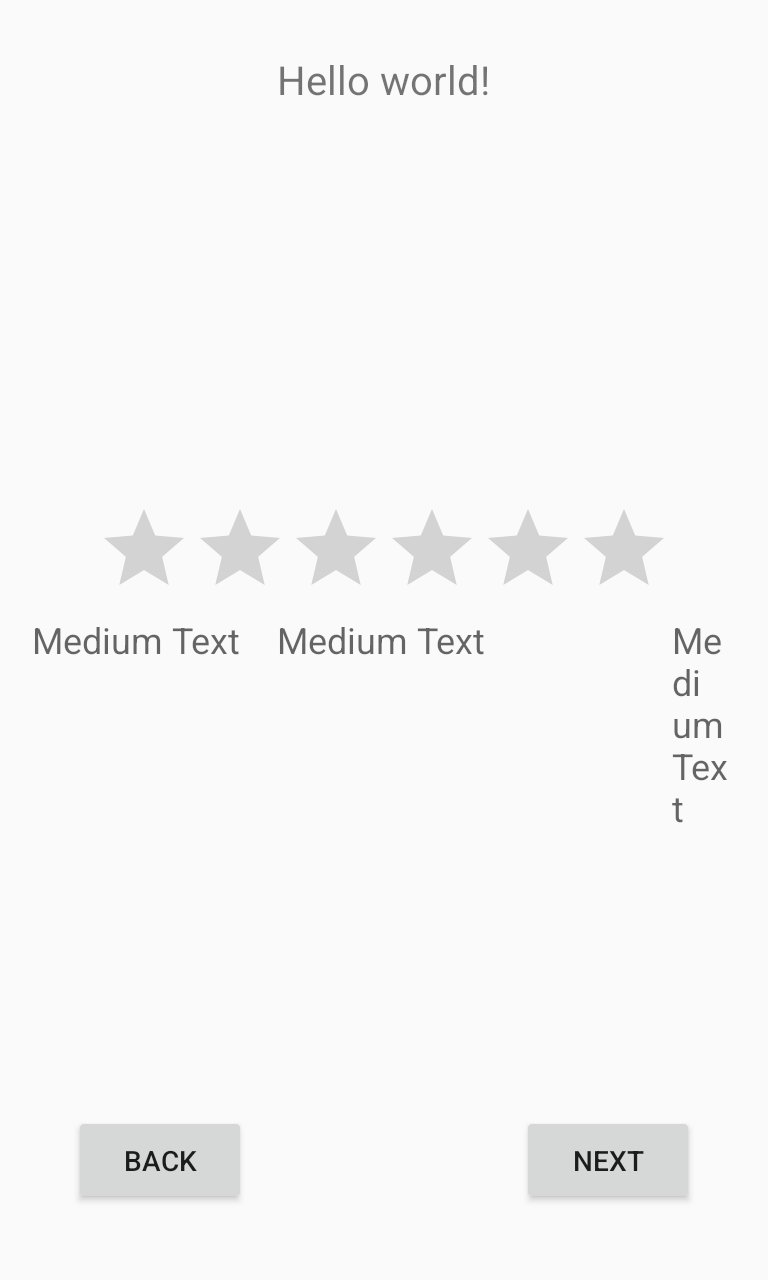
Repository: stevelyall/ERapp
Layout: ERsurvey/res/layout/activity_survey.xml
The author's editor kept a copy of each file at every save. The layout is drawn from the files as they stood at one save, then again after the next save.
It is drawn on a 768 x 1280 px phone screen (xhdpi) without system bars, with theme AppTheme; the app's code is not run.

Above is the layout before, as saved 2014-10-25 06:49:58.

After the next save:
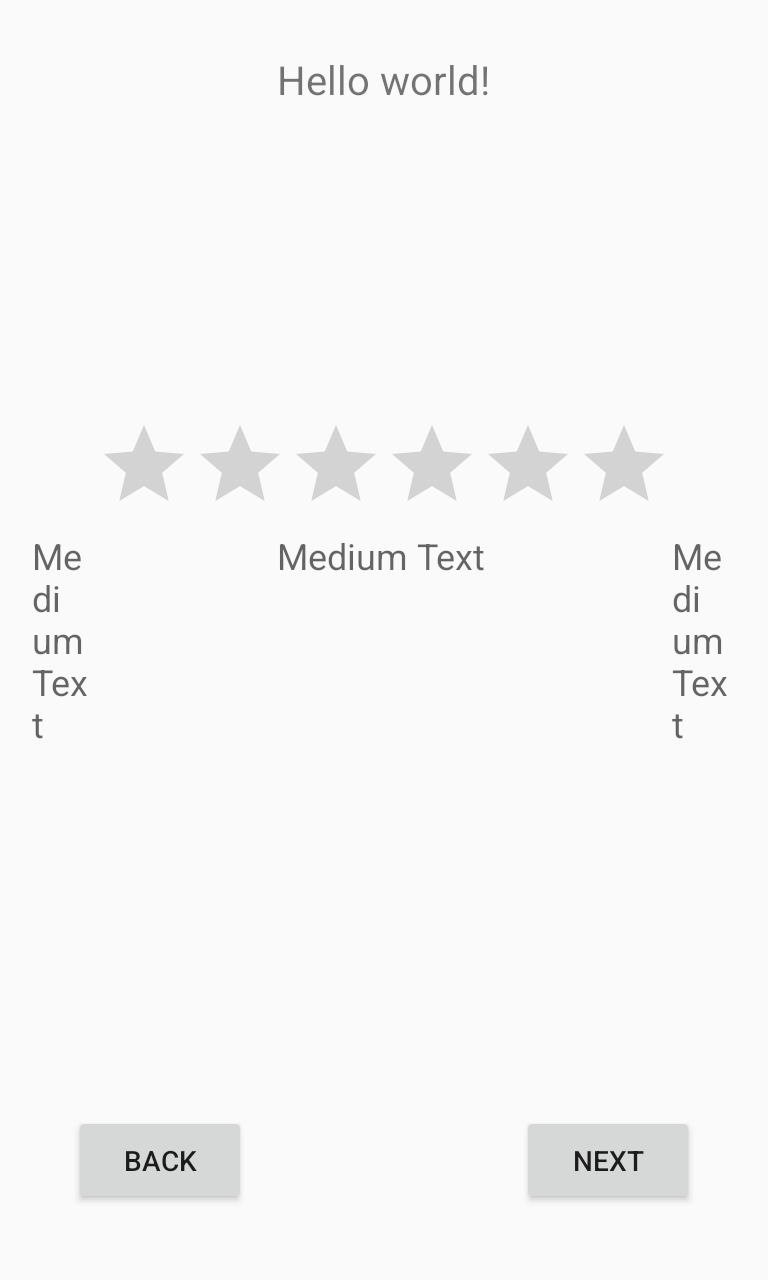
Saved 21 min 23 s later.
--- a/ERsurvey/res/layout/activity_survey.xml
+++ b/ERsurvey/res/layout/activity_survey.xml
@@ -48,15 +48,6 @@
         android:textAppearance="?android:attr/textAppearanceMedium" />
 
     <TextView
-        android:id="@+id/lowDesc"
-        android:layout_width="wrap_content"
-        android:layout_height="wrap_content"
-        android:layout_alignParentLeft="true"
-        android:layout_centerVertical="true"
-        android:text="Medium Text"
-        android:textAppearance="?android:attr/textAppearanceMedium" />
-
-    <TextView
         android:id="@+id/questionTextView"
         android:layout_width="wrap_content"
         android:layout_height="wrap_content"
@@ -76,4 +67,13 @@
         android:text="Medium Text"
         android:textAppearance="?android:attr/textAppearanceMedium" />
 
+    <TextView
+        android:id="@+id/lowDesc"
+        android:layout_width="wrap_content"
+        android:layout_height="wrap_content"
+        android:layout_centerVertical="true"
+        android:layout_toLeftOf="@+id/rating"
+        android:text="Medium Text"
+        android:textAppearance="?android:attr/textAppearanceMedium" />
+
 </RelativeLayout>
